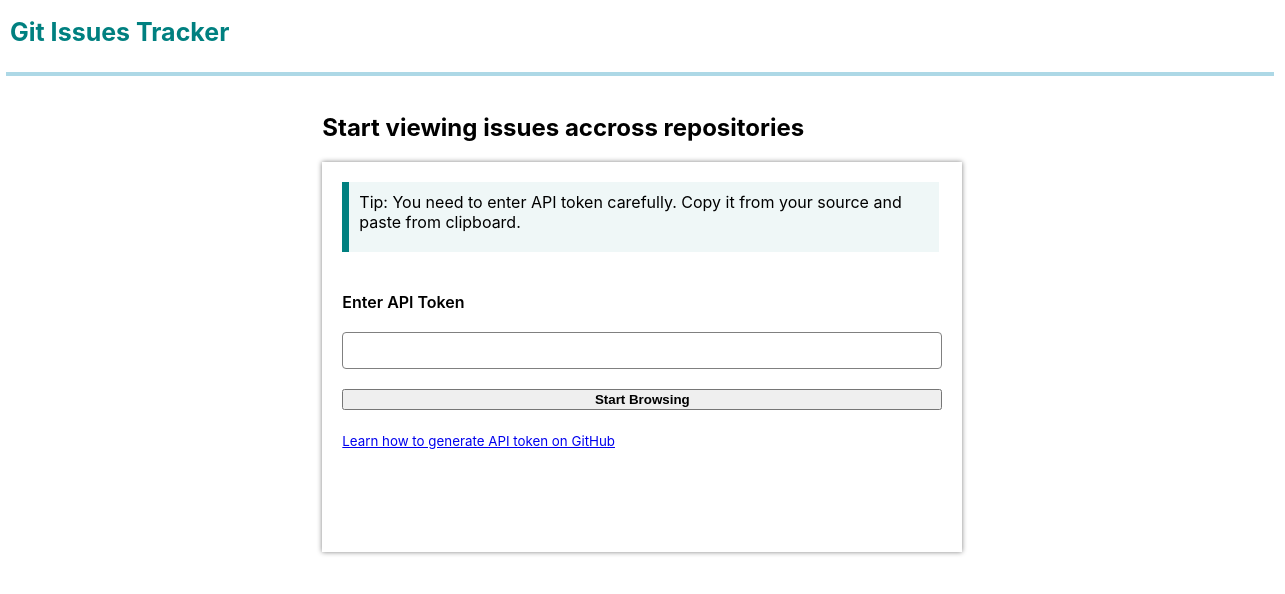
Repository: duzzisantos/github-repos-react-graphql
Page: /start
An editor plug-in stored every save of this project. The page is shown before and after the next save, followed by the edit.
The browser window is 1280 px wide. The page is 1285 px wide, so the pictures cover 1285 px, including what lies to the right of the window. The pictures show the whole page.
The project was rebuilt for these pictures with package versions that can differ from the ones it lists, and the page was loaded fresh each time. Also part of the build but not shown: src/App.css, src/components/table/Filters.tsx, src/components/table/Pagination.tsx, src/components/table/TableComponent.tsx, src/components/table/columnHelpers.ts, src/utilities/funtions.ts, src/pages/Repositories.tsx, src/components/cards/Cards.tsx and 1 more.

Above is the page before, as saved 2024-06-17 17:49:29.

### src/index.tsx
import React from "react";
import ReactDOM from "react-dom/client";
import "./index.css";
import App from "./App";
import reportWebVitals from "./reportWebVitals";
import { BrowserRouter } from "react-router-dom";
import { ApolloProvider } from "@apollo/client";
import client from "./api/apolloClient";

const root = ReactDOM.createRoot(
  document.getElementById("root") as HTMLElement
);
root.render(
  <React.StrictMode>
    <BrowserRouter>
      <ApolloProvider client={client}>
        <App />
      </ApolloProvider>
    </BrowserRouter>
  </React.StrictMode>
);

// If you want to start measuring performance in your app, pass a function
// to log results (for example: reportWebVitals(console.log))
// or send to an analytics endpoint. Learn more: https://bit.ly/CRA-vitals
reportWebVitals();

### src/App.tsx
import React from "react";
import "./App.scss";
import "./App.css";
import { Routes, Route } from "react-router-dom";
import StartPage from "./pages/StartPage";
import Repositories from "./pages/Repositories";
import ViewRepository from "./pages/ViewRepository";

function App() {
  return (
    <div className="App">
      <h1>Git Issues Tracker</h1>
      <hr />

      <Routes>
        <Route path="/" element={<StartPage />} />
        <Route path="/start" element={<StartPage />} />
        <Route path="/repositories" element={<Repositories />} />
        <Route path="/owner/repositoryName" element={<ViewRepository />} />
      </Routes>
    </div>
  );
}

export default App;

### src/api/apolloClient.ts
import { ApolloClient, InMemoryCache, createHttpLink } from "@apollo/client";
import { setContext } from "@apollo/client/link/context";

const http = createHttpLink({
  uri: "https://api.github.com/graphql",
});

const auth = setContext((_, { headers }) => {
  const apiToken = localStorage.getItem("authToken");

  return {
    headers: {
      ...headers,
      authorization: `Bearer ${apiToken}`,
    },
  };
});

const client = new ApolloClient({
  link: auth.concat(http),
  cache: new InMemoryCache(),
});

export default client;

### src/App.scss
.App {
  display: flex;
  flex-direction: column;
}

.container {
  width: 98.8%;
  padding: 10px 10px;
  display: flex;
  justify-content: center;
  bottom: 0;
  margin-left: auto;
}

h1 {
  font-size: 25px;
  padding: 0 10px;
  color: teal;
}

hr {
  border: 2px solid lightblue;
  width: 98.8%;
}

form {
  width: 600px;
  height: 350px;

  box-shadow: 0px 0px 5px gray;
  padding: 20px 20px;
}

.form-group {
  display: flex;
  flex-direction: column;
}

.user-tip {
  height: 50px;
  width: 95%;
  padding: 10px 10px;
  margin-bottom: 40px;
  border-left: 7px solid teal;
  background-color: rgb(239, 247, 247);
}

label {
  margin-bottom: 20px;
  font-weight: 600;
}

input {
  @extend label;
  padding: 10px;
  border: 1px solid gray;
  border-radius: 4px;
}

.primary-btn {
  @extend label;
}

### src/pages/StartPage.tsx
import React from "react";
import Container from "src/components/Container";
import Form from "src/components/Form";

const StartPage = () => {
  return (
    <Container
      pageSubTitle="Start viewing issues accross repositories"
      children={<Form />}
    />
  );
};

export default StartPage;

### src/components/Container.tsx
import React from "react";

interface ContainerProps {
  pageSubTitle: string;
  repositoryOwner?: string;
  children: any;
}

const Container = ({
  pageSubTitle,
  children,
  repositoryOwner,
}: ContainerProps) => {
  return (
    <main className="container">
      <section>
        <h2>{pageSubTitle}</h2>
        <h3>{repositoryOwner}</h3>
        {children}
      </section>
    </main>
  );
};

export default Container;

### src/components/Form.tsx
import React, { useState } from "react";
import { useNavigate } from "react-router-dom";
import { useLazyQuery } from "@apollo/client";
import { GET_ALL_REPOSITORIES } from "src/api/queryhelper";
//We need to specify the types of data we would be utilizing as state

const Form = () => {
  const [apiToken, setApiToken] = useState("");
  const [apiPayLoad, setApiPayload] = useState([]);
  const [getRepositories, { loading, error, data }] =
    useLazyQuery(GET_ALL_REPOSITORIES);

  const navigate = useNavigate();

  const handleChange = (e: any) => {
    setApiToken(e.target.value);
  };

  const handleSubmit = () => {
    localStorage.setItem("authToken", apiToken);

    //We make the GraphQL API call here
    getRepositories()
      .then((res: any) => {
        console.log(res.data);
        setApiPayload(res.data.viewer.repositories.nodes);
      })
      .catch((err) => {
        console.warn(err?.message);
      });
  };

  if (data) {
    navigate("/repositories", {
      state: {
        //this is the result we want to consume as we navigate to the /repositories route
        data: data.viewer.repositories.nodes,
        error: error,
        loading: loading,
        apiPayLoad,
      },
    });
  }

  return (
    <form>
      <div className="user-tip">
        Tip: You need to enter API token carefully. Copy it from your source and
        paste from clipboard.
      </div>

      <div className="form-group">
        <label htmlFor="apiToken">Enter API Token</label>
        <input
          type="text"
          name="apiToken"
          value={apiToken}
          onChange={handleChange}
        />
        <button className="primary-btn" type="button" onClick={handleSubmit}>
          Start Browsing
        </button>

        <strong>{error && error.message}</strong>
      </div>
      <small className="form-text" id="info">
        <a
          title="Read short documentation"
          href="https://docs.github.com/en/authentication/keeping-your-account-and-data-secure/managing-your-personal-access-tokens"
        >
          Learn how to generate API token on GitHub
        </a>
      </small>
    </form>
  );
};

export default Form;

### src/api/queryhelper.ts
import { gql } from "@apollo/client";

const GET_ALL_REPOSITORIES = gql`
  query {
    viewer {
      repositories(first: 50) {
        nodes {
          id
          name
          owner {
            login
          }
          visibility
          stargazerCount
          forkCount
          url
          issues {
            totalCount
          }
          licenseInfo {
            name
          }
          updatedAt
          createdAt
        }
      }
    }
  }
`;

const GET_REPOSITORY_BY_NAME = gql`
  query ($name: NAME!) {
    node(name: $name) {
      ... on Repository {
        id
        name
        owner {
          login
        }
        visibility
        stargazerCount
        forkCount
        url
        issues {
          totalCount
        }
        licenseInfo {
          name
        }
        updatedAt
        createdAt
      }
    }
  }
`;

export { GET_ALL_REPOSITORIES, GET_REPOSITORY_BY_NAME };

Loaded but not shown: public/index.html (common file); src/index.css (common file); src/reportWebVitals.ts (common file)

After the next save:
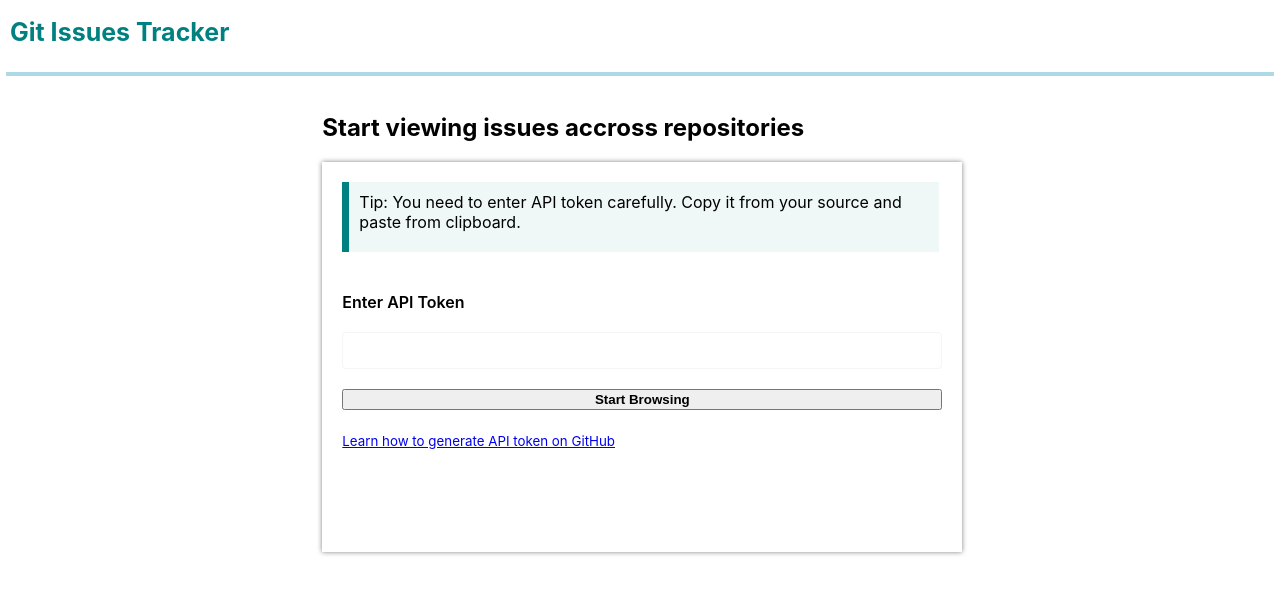
Saved 17 s later.
--- a/src/App.scss
+++ b/src/App.scss
@@ -53,7 +53,7 @@ label {
 input {
   @extend label;
   padding: 10px;
-  border: 1px solid gray;
+  border: 1px solid whitesmoke;
   border-radius: 4px;
 }
 
